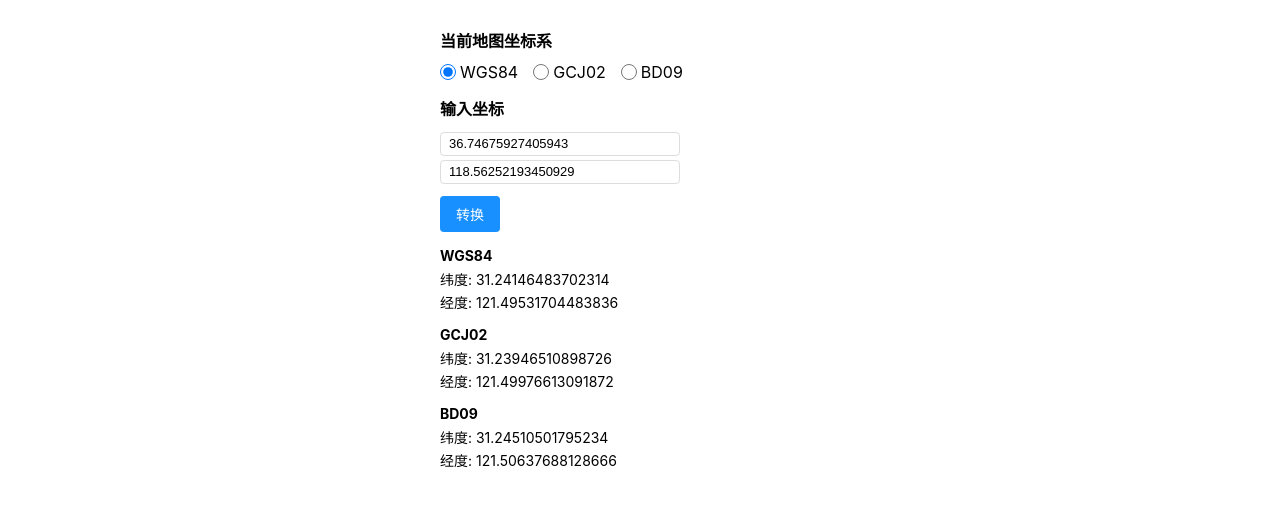
Repository: 1242128273wangpeng/MapTransformTools
Page: popup.html
These files come from the project's save history. The page is drawn as it stood at one moment and after the next save; the edit follows.
The browser window is 1280 px wide. The pictures show the whole page.

Above is the page before, as saved 2025-01-19 15:05:52.

After the next save:
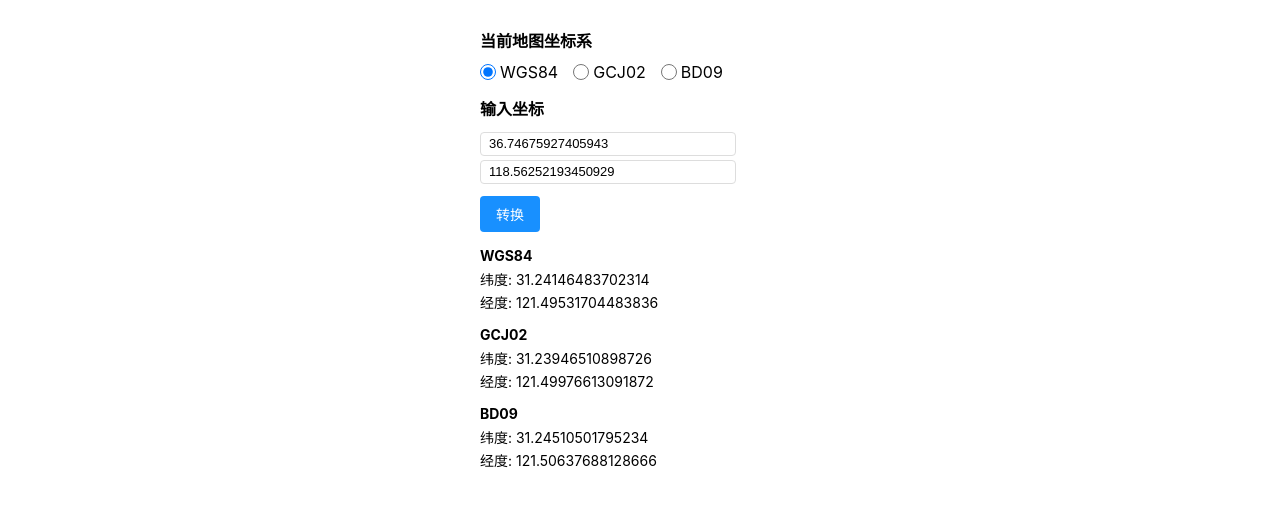
Saved 16 s later.
--- a/popup.html
+++ b/popup.html
@@ -6,7 +6,7 @@
       body {
         font-family: -apple-system, BlinkMacSystemFont, 'Segoe UI', Roboto, Oxygen, Ubuntu, Cantarell, sans-serif;
         padding: 15px;
-        max-width: 400px;
+        max-width: 320px;
         margin: 0 auto;
       }
 
@@ -21,7 +21,7 @@
       }
 
       .coordinate-input {
-        width: 60%;  /* 移除了calc计算，使用完整宽度 */
+        width: 80%;  /* 移除了calc计算，使用完整宽度 */
         padding: 4px 8px;
         margin: 2px 0;
         border: 1px solid #ddd;
